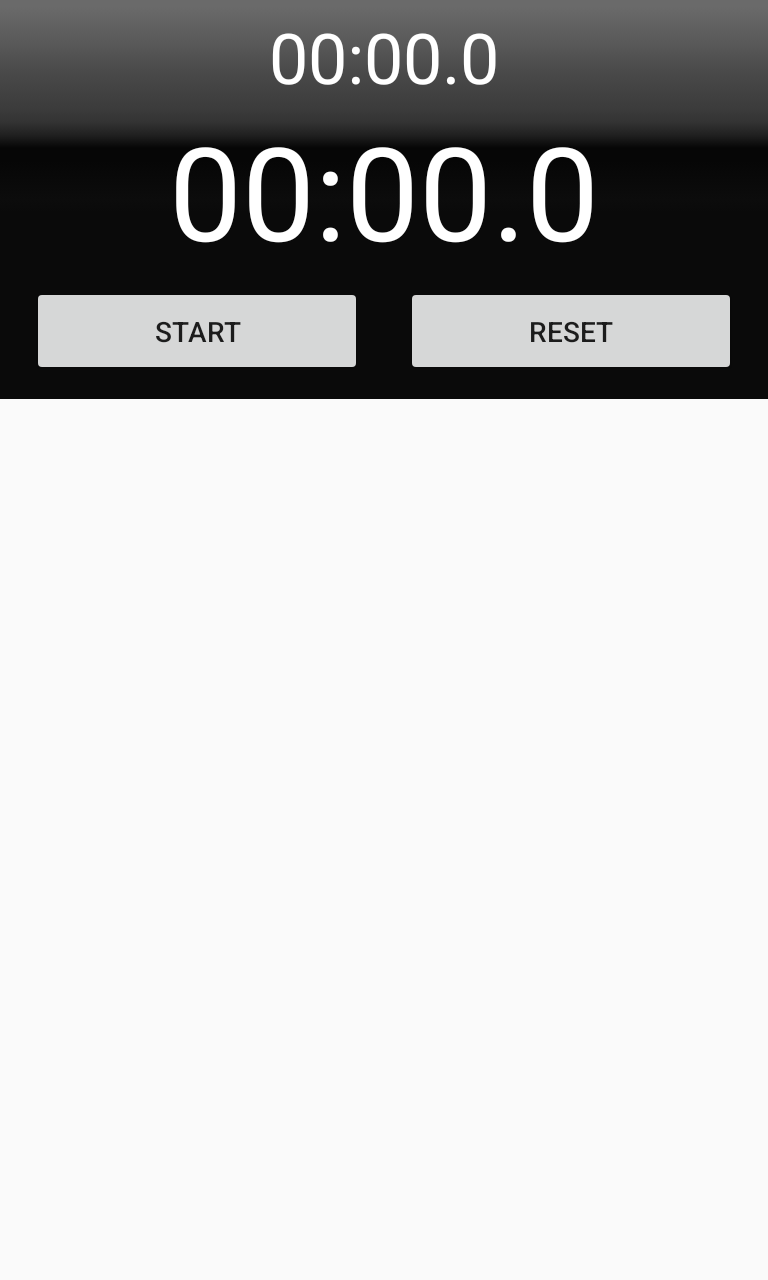
Repository: GitDidNotExitCleanly/AndroidTimer
Layout: G54MDP_Stopwatch/res/layout/fragment_stopwatch.xml
These files come from the project's save history. The layout is drawn as it stood at one moment and after the next save; the edit follows.
It is drawn on a 768 x 1280 px phone screen (xhdpi) without system bars, with theme AppTheme; the app's code is not run. Lists and similar views that code fills are empty.

Above is the layout before, as saved 2015-03-09 11:19:01.

After the next save:
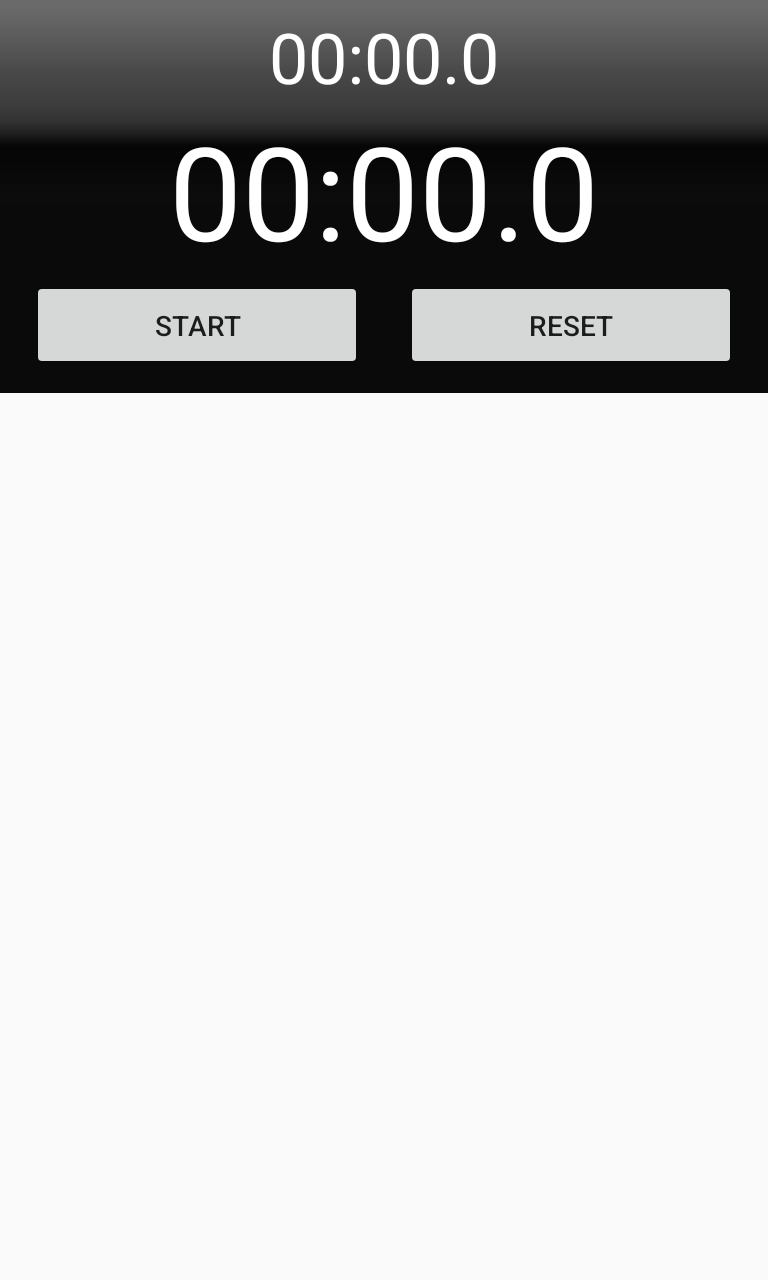
Saved 14 s later.
--- a/G54MDP_Stopwatch/res/layout/fragment_stopwatch.xml
+++ b/G54MDP_Stopwatch/res/layout/fragment_stopwatch.xml
@@ -31,8 +31,7 @@
 	            android:textSize="@dimen/stopwatch_large_time"
 	            android:textColor="#fff"
 	            android:layout_marginTop="0dp"
-	            android:paddingTop="0dp"
-	            android:paddingBottom="3dp" />
+	            android:paddingTop="0dp" />
 
 	        <LinearLayout
 	            android:layout_width="match_parent"
